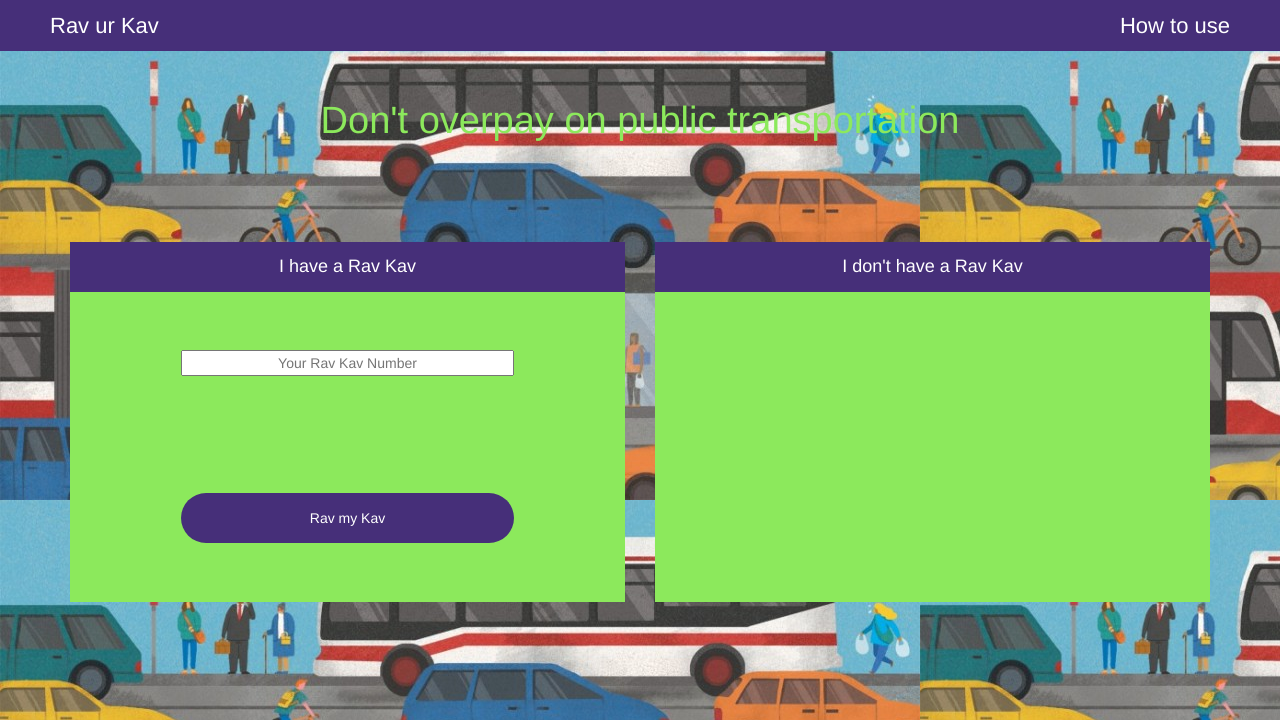
Repository: Louhla/Rav-ur-Kav
Page: index.html
These files come from the project's save history. The page is drawn as it stood at one moment and after the next save; the edit follows.
The browser window is 1280 px wide. The pictures show the whole page.

Above is the page before, as saved 2019-07-17 16:07:46.

### index.html
<!DOCTYPE html>
<html lang="en">

<head>
    <meta charset="utf-8">
    <meta name="viewport" content="width=device-width, initial-scale=1">
    <!-- Bootstrap CSS -->
    <link rel="stylesheet" href="https://maxcdn.bootstrapcdn.com/bootstrap/3.3.7/css/bootstrap.min.css">
    <script src="https://ajax.googleapis.com/ajax/libs/jquery/3.3.1/jquery.min.js"></script>
    <link rel="stylesheet" type="text/css" href="./css/rav-ur-kav.css">
    <title>Rav ur kav - Public Transport Calculator</title>
    <meta name="description" content="Get the best rate for your Rav Kav according to your commute">
</head>

<body>
    <div id="modal-wrapper">
        <div class="modal">
            <div class="modal-content">
                <h1>How to Rav my Kav:</h1>
                <h3>Lorem ipsum dolor sit, amet consectetur adipisicing elit. Nam, velit. Impedit non consequatur corporis tempore hic natus repudiandae veritatis voluptates pariatur numquam? Libero illo suscipit cum vitae. Quam, ex in!</h3>
                <h3>Lorem ipsum dolor sit amet consectetur adipisicing elit. Distinctio, sint. Eius adipisci tenetur dolore quis rem eos expedita error officia. Maiores dolore maxime enim ut quos dolorem nesciunt ea pariatur?</h3>
            </div>
            <br>
            <div id="button-box">
                <button class="my-button" id="close">Close</button>
            </div>
        </div>
    </div>
    <div id="root"></div>
    <heading class="header">
        <div class="logo">Rav ur Kav
        </div>
        <div id="how-to">How to use
        </div>
    </heading>

    <div class="container">
        <div class="row">
            <div class="col-md-12">
                <h1>Don't overpay on public transportation</h1>
            </div>
        </div>
        <div class="row">
            <div class="col-md-6">
                <div class="existing-user">
                    <h4>I have a Rav Kav</h4>
                        <input id="rav-kav-number" type=text placeholder="Your Rav Kav Number"></input>
                        <button id="rav-kav-number-button"><a href="#">Rav my Kav</a></button>
                </div>
            </div>
            <div class="col-md-6">
                <div class="new-user">
                    <h4>I don't have a Rav Kav</h4>
                </div>
            </div>
        </div>
    </div>
    <script type="text/javascript" src="./js/rav-ur-kav.js"></script>
</body>

</html>

### css/rav-ur-kav.css
body {
    margin: 0px;
    padding: 0px;
    background-image: url("/img/public-transport.jpg");
}
/* Modal START */
#modal-wrapper {
    position: fixed;
    top: 0;
    bottom: 0;
    right: 0;
    left: 0;
    background-color: rgba(0, 0, 0, 0.5);
    z-index: 12345;
    display: none;
}

#modal-wrapper .modal {
    background-color: white;
    width: 90vw;
    height: 90vh;
    position: absolute;
    top: 50%;
    left: 50%;
    transform: translateX(-50%) translateY(-50%);
    border-radius: 5px;
    text-align: center;
    background-image: url('../img/bgm.png');
    background-repeat: no-repeat;
    background-position: center;
    background-size: cover;
    color: white;
    text-shadow: 3px 3px #000000;
    display: flex;
    flex-direction: column;
    align-items: center;
    justify-content: space-evenly;
}

.modal-content {
    background-color: rgba(0, 0, 0, 0.5);
}

.modal-content h1 {
    font-size: 2rem;
    margin-block-start: 0.3rem;
    margin-block-end: 0.3rem;
}

.modal-content h3 {
    font-size: 1rem;
    margin-block-start: 0.5rem;
    margin-block-end: 0.5rem;
}

#button-box {
    width: 70vh;
    display: flex;
    justify-content: flex-end;
}

.my-button {
    color: red;
    background-color: yellow;
    height: 5vh;
    width: 20vh;
    font-size: 4vh;
    text-align: center;
    padding: 0;
}
/* Modal END */

/* Homepage START */
.header{
    display: flex;
    position: fixed;
    z-index: 9;
    justify-content: space-between;
    width: 100%;
    align-items: center;
    box-shadow: 5px;
    background-color: #462F79;
    color: white;
    font-size: 22px;
}
.logo{
    margin: 10px 0px 10px 50px;
}
.how-to{
    margin: 10px 50px 10px 0px;
}
.existing-user{
    background-color: #8CE95C;
    display: flex;
    flex-direction: column;
    text-align: center;
    height: 50vh;
}
.new-user{
    background-color: #8CE95C;
    text-align: center;
    height: 50vh;
}
h1{
    text-align: center;
    margin: 100px;
    color: #8CE95C;
    font-size: 38px;
}
.existing-user > h4, .new-user > h4{
    background-color: #462F79;
    padding: 15px 0px;
    margin: 0px;
    color: white;
}
#rav-kav-number{
    width: 60%;
    margin: auto;
    text-align: center;
}
#rav-kav-number-button{
    width: 60%;
    margin: auto;
    height: 50px;
    border-radius: 50px;
    border-style: none;
    color: white;
    background-color: #462F79;
    -webkit-transition: width 0.5s ease-in-out;
    -moz-transition: width 0.5s ease-in-out;
    -ms-transition: width 0.5s ease-in-out;
    transition: width 0.5s ease-in-out;
}
#rav-kav-number-button:hover{
    width: 62%;
}
a{
    cursor:pointer;
    text-decoration: none;
    color: white;
}
a:hover{
    text-decoration: none;
    color: white;
}
#how-to{
    margin: 10px 50px 10px 0px;
    cursor: pointer;
}
.existing-user{
    background-color: #8CE95C;
    display: flex;
    flex-direction: column;
    text-align: center;
    height: 50vh;
}
.new-user{
    background-color: #8CE95C;
    text-align: center;
    height: 50vh;
}
h1{
    text-align: center;
    margin: 100px;
    color: #8CE95C;
    font-size: 38px;
}
.existing-user > h4, .new-user > h4{
    background-color: #462F79;
    padding: 15px 0px;
    margin: 0px;
    color: white;
}
#rav-kav-number{
    width: 60%;
    margin: auto;
    text-align: center;
}
#rav-kav-number-button{
    width: 60%;
    margin: auto;
}
/* Homepage END */

### js/rav-ur-kav.js
console.log("step1");

$(document).ready(() => {
    // Globals

    // Modal buttons
    let howToButton = $("#how-to");
    let closeModalButton = $("#close");
    $(closeModalButton).on("click", () => {
      $("#modal-wrapper").toggle();
    });
    $(howToButton).on("click", () => {
      $("#modal-wrapper").toggle();
      console.log('how to')
    });
});
console.log("whats up")



$('#rav-kav-number').on('input', function (event) {
    this.value = this.value.replace(/[^0-9]/g, '');
});

After the next save:
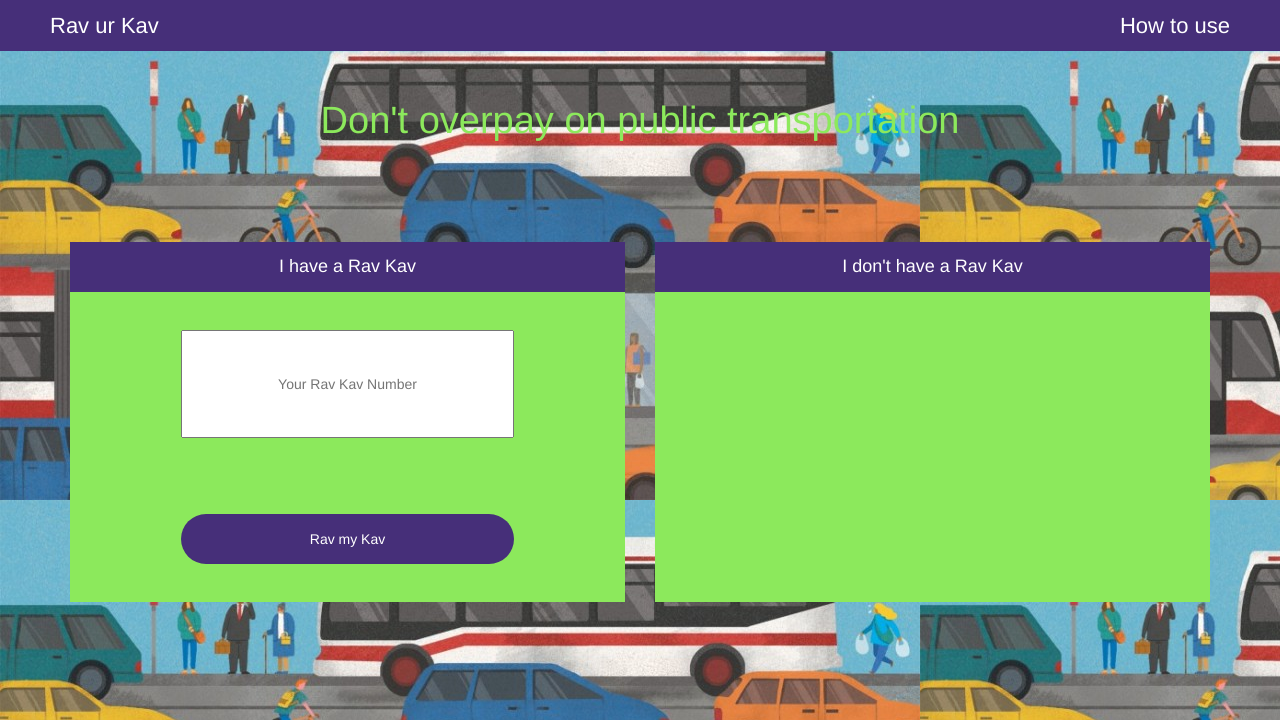
Saved 72 s later.
--- a/css/rav-ur-kav.css
+++ b/css/rav-ur-kav.css
@@ -173,6 +173,7 @@ h1{
 }
 #rav-kav-number{
     width: 60%;
+    height: 30%;
     margin: auto;
     text-align: center;
 }
